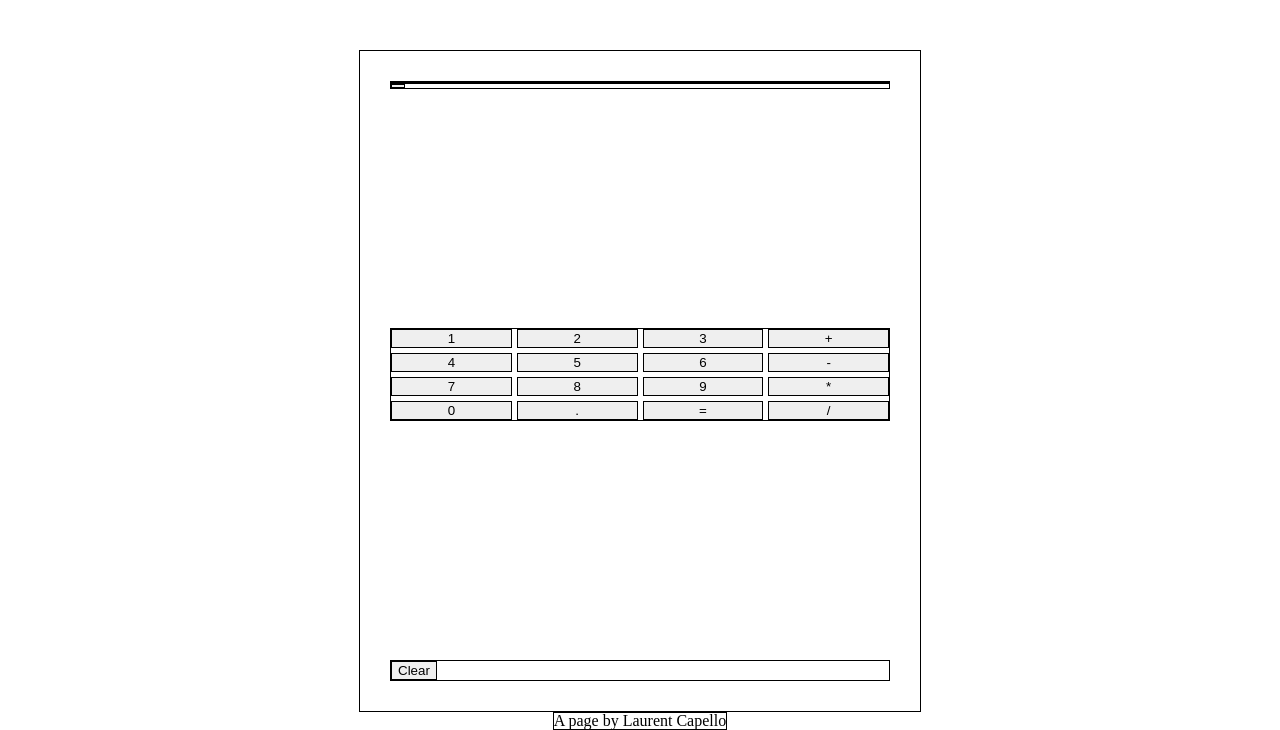
Repository: sokafootball/js-calculator
Page: index.html
The author's editor kept a copy of each file at every save. The page is drawn from the files as they stood at one save, then again after the next save.
The browser window is 1280 px wide. The pictures show the whole page.

Above is the page before, as saved 2020-04-25 10:36:07.

After the next save:
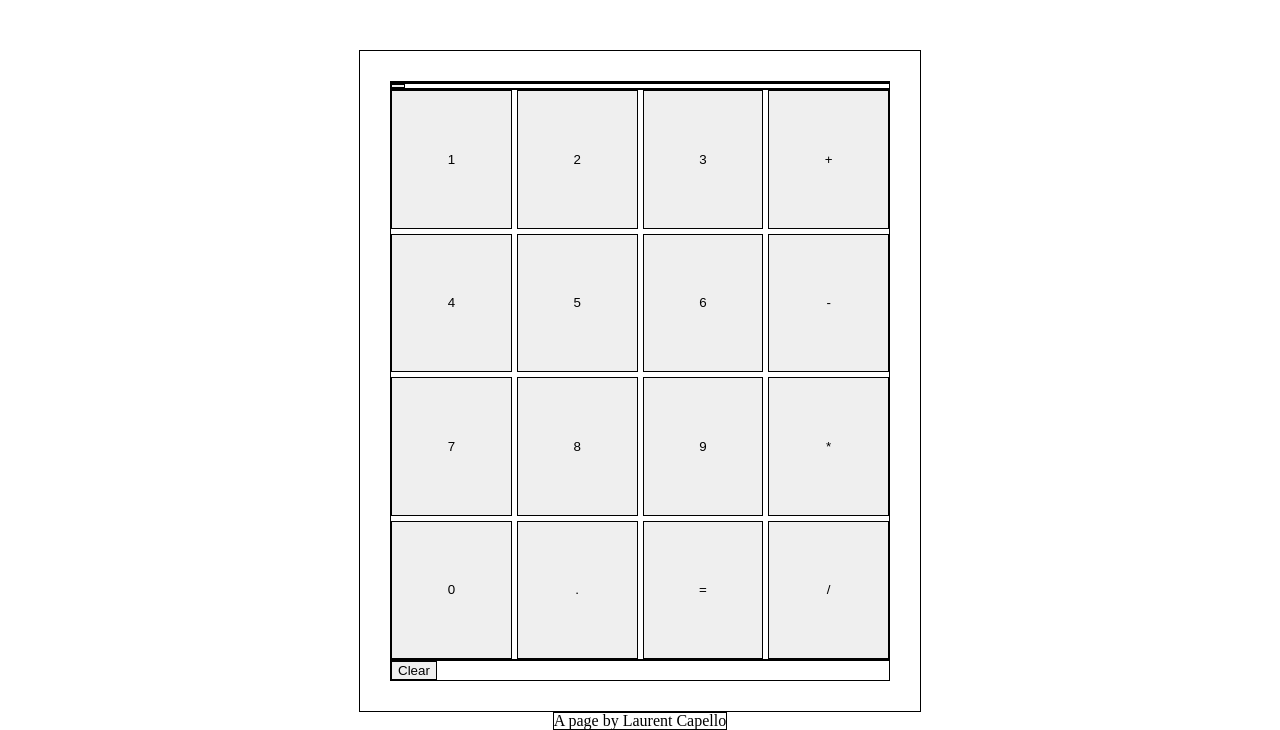
Saved 3 min 2 s later.
--- a/style.css
+++ b/style.css
@@ -17,6 +17,7 @@ body{
 #calc-mid{
   column-gap: 5px;
   display: grid;
+  flex-grow: 4;
   grid-template-columns: repeat(4, 1fr);
   grid-template-rows: repeat(4, 1fr);
   row-gap: 5px;
